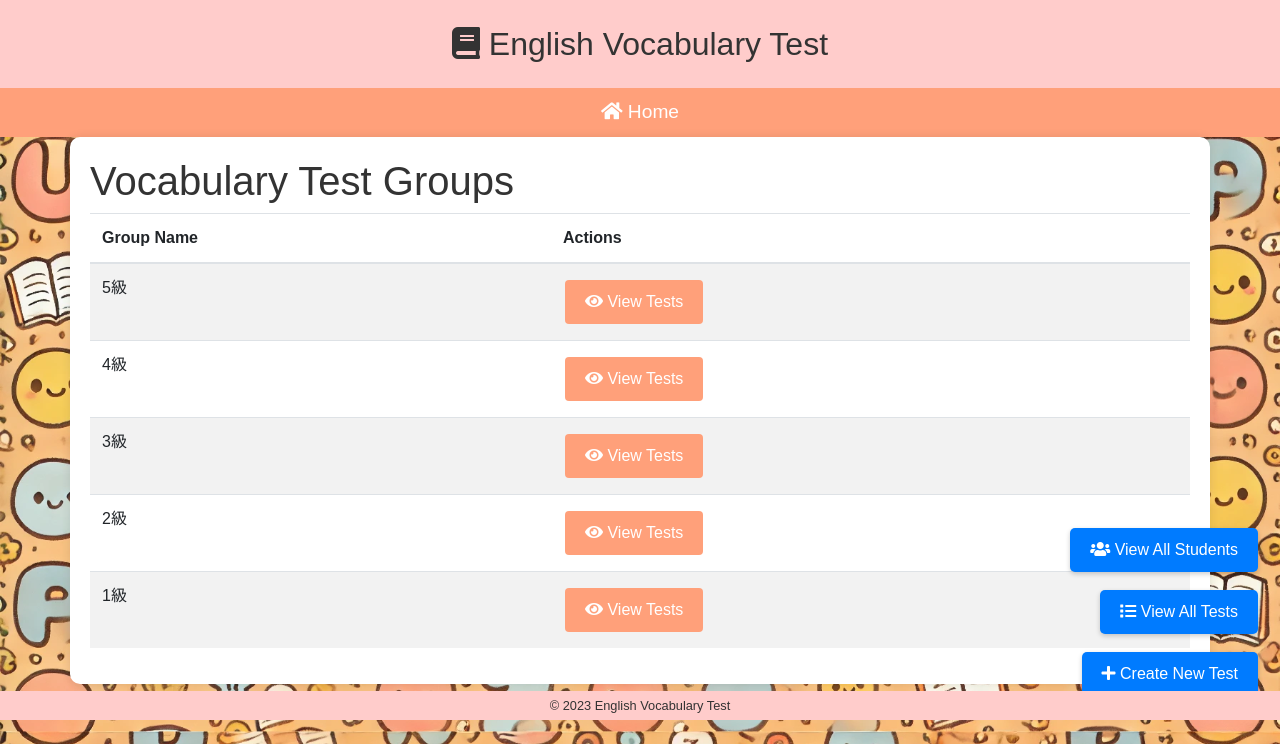
Repository: YamatoGH/testapp
Page: http://localhost/
These files come from the project's save history. The page is drawn as it stood at one moment and after the next save; the edit follows.
The browser window is 1280 px wide. The pictures show the whole page.
Backgrounds fixed to the window are drawn as part of the page. The page is served by the project's application, run on Django 5.2 (manage.py). Other server files are loaded and not shown. The page reads the database file committed with the project.

Above is the page before, as saved 2024-07-21 11:37:27.

### testapp/templates/testapp/home.html
{% extends "testapp/base.html" %}

{% block title %}Home{% endblock %}

{% block content %}
<h1>Vocabulary Test Groups</h1>
<table class="table table-striped table-hover">
    <thead>
        <tr>
            <th>Group Name</th>
            <th>Actions</th>
        </tr>
    </thead>
    <tbody>
        {% for group in groups %}
        <tr>
            <td>{{ group.name }}</td>
            <td><a href="{% url 'group_tests' group.id %}" class="btn btn-custom"><i class="fas fa-eye"></i> View Tests</a></td>
        </tr>
        {% endfor %}
    </tbody>
</table>

<div class="fixed-buttons">
    <a href="{% url 'student_list' %}" class="btn btn-custom view-all-students-button"><i class="fas fa-users"></i> View All Students</a>
    <a href="{% url 'all_tests' %}" class="btn btn-custom all-tests-button"><i class="fas fa-list"></i> View All Tests</a>
    <a href="{% url 'create_test' %}" class="btn btn-custom create-test-button"><i class="fas fa-plus"></i> Create New Test</a>
</div>

{% endblock %}

### testapp/templates/testapp/base.html
<!DOCTYPE html>
<html>
<head>
    {% load static %}
    <title>{% block title %}English Vocabulary Test{% endblock %}</title>
    <link rel="stylesheet" href="https://stackpath.bootstrapcdn.com/bootstrap/4.3.1/css/bootstrap.min.css">
    <link rel="stylesheet" href="https://cdnjs.cloudflare.com/ajax/libs/font-awesome/5.15.3/css/all.min.css">
    <link rel="stylesheet" type="text/css" href="{% static 'testapp/css/style.css' %}">
</head>
<body>
    <header>
        <i class="fas fa-book"></i> English Vocabulary Test
    </header>
    <nav>
        <a href="{% url 'home' %}"><i class="fas fa-home"></i> Home</a>
    </nav>
    <div class="container">
        {% block content %}{% endblock %}
    </div>
    <footer>
        &copy; 2023 English Vocabulary Test
    </footer>
</body>
<script>
    document.addEventListener("DOMContentLoaded", function() {
        var coll = document.getElementsByClassName("collapsible");
        for (var i = 0; i < coll.length; i++) {
            coll[i].addEventListener("click", function() {
                this.classList.toggle("active");
                var content = this.nextElementSibling;
                if (content.style.display === "block") {
                    content.style.display = "none";
                } else {
                    content.style.display = "block";
                }
            });
        }
    });
</script>
</html>

### testapp/models.py
from django.db import models

class Group(models.Model):
    name = models.CharField(max_length=100)

    def __str__(self):
        return self.name

class Test(models.Model):
    title = models.CharField(max_length=100)
    description = models.TextField(null=True, blank=True)
    words = models.ManyToManyField('Word', blank=True)
    group = models.ForeignKey(Group, on_delete=models.CASCADE, related_name='tests', null=True, blank=True)

    def __str__(self):
        return self.title

class Word(models.Model):
    word = models.CharField(max_length=100)
    meaning = models.CharField(max_length=255)

    def __str__(self):
        return self.word

class Student(models.Model):
    name = models.CharField(max_length=100)

    def __str__(self):
        return f"{self.name} "

### testapp/views.py
import csv
import pandas as pd
from django.shortcuts import render, redirect, get_object_or_404
from django.forms import formset_factory
from .forms import TestForm, WordForm
from .models import Word, Test, Group, Student
import random

def create_test(request):
    WordFormSet = formset_factory(WordForm, extra=1)
    if request.method == 'POST':
        form = TestForm(request.POST, request.FILES)
        formset = WordFormSet(request.POST, prefix='words')
        if form.is_valid() and formset.is_valid():
            test = form.save(commit=False)
            test.save()
            for word_form in formset:
                word = word_form.cleaned_data.get('word')
                meaning = word_form.cleaned_data.get('meaning')
                if word and meaning:
                    word_obj, created = Word.objects.get_or_create(word=word, meaning=meaning)
                    test.words.add(word_obj)
            if 'file' in request.FILES:
                file = request.FILES['file']
                if file.name.endswith('.csv'):
                    reader = csv.reader(file.read().decode('utf-8').splitlines())
                    for row in reader:
                        if len(row) == 2:
                            word, meaning = row
                            word_obj, created = Word.objects.get_or_create(word=word.strip(), meaning=meaning.strip())
                            test.words.add(word_obj)
                elif file.name.endswith('.xlsx'):
                    df = pd.read_excel(file)
                    for _, row in df.iterrows():
                        if len(row) >= 2:
                            word, meaning = row[0], row[1]
                            word_obj, created = Word.objects.get_or_create(word=word.strip(), meaning=meaning.strip())
                            test.words.add(word_obj)
            return redirect('home')
    else:
        form = TestForm()
        formset = WordFormSet(prefix='words')
    return render(request, 'testapp/create_test.html', {'form': form, 'formset': formset})

def all_tests(request):
    tests = Test.objects.all()
    return render(request, 'testapp/all_tests.html', {'tests': tests})

def group_tests(request, group_id):
    group = get_object_or_404(Group, id=group_id)
    tests = group.tests.all()  # 'tests' は 'related_name' に基づく
    return render(request, 'testapp/group_tests.html', {'group': group, 'tests': tests})

def home(request):
    groups = Group.objects.all()
    return render(request, 'testapp/home.html', {'groups': groups})

def test_detail(request, test_id):
    test = get_object_or_404(Test, id=test_id)
    words = test.words.all()
    return render(request, 'testapp/test_detail.html', {'test': test, 'words': words})

def print_test(request, test_id, start_index, end_index, shuffle):
    test = get_object_or_404(Test, id=test_id)
    words = list(test.words.all())
    if shuffle == 'yes':
        random.shuffle(words)
    words = words[start_index:end_index]
    return render(request, 'testapp/print_test.html', {'test': test, 'words': words})

def print_test_with_answers(request, test_id, start_index, end_index, shuffle):
    test = get_object_or_404(Test, id=test_id)
    words = list(test.words.all())
    if shuffle == 'yes':
        random.shuffle(words)
    words = words[start_index:end_index]
    return render(request, 'testapp/print_test_with_answers.html', {'test': test, 'words': words})

def student_list(request):
    students = Student.objects.all()
    return render(request, 'testapp/student_list.html', {'students': students})

### vocab_test/urls.py
"""
URL configuration for vocab_test project.

The `urlpatterns` list routes URLs to views. For more information please see:
    https://docs.djangoproject.com/en/5.0/topics/http/urls/
Examples:
Function views
    1. Add an import:  from my_app import views
    2. Add a URL to urlpatterns:  path('', views.home, name='home')
Class-based views
    1. Add an import:  from other_app.views import Home
    2. Add a URL to urlpatterns:  path('', Home.as_view(), name='home')
Including another URLconf
    1. Import the include() function: from django.urls import include, path
    2. Add a URL to urlpatterns:  path('blog/', include('blog.urls'))
"""
from django.contrib import admin
from django.urls import include, path

urlpatterns = [
    path('admin/', admin.site.urls),
    path('', include('testapp.urls')),
]

### testapp/urls.py
from django.conf import settings
from django.conf.urls.static import static
from django.urls import path
from . import views

urlpatterns = [
    path('', views.home, name='home'),
    path('test/<int:test_id>/', views.test_detail, name='test_detail'),
    path('print-test/<int:test_id>/<int:start_index>/<int:end_index>/<str:shuffle>/', views.print_test, name='print_test'),
    path('print-test-with-answers/<int:test_id>/<int:start_index>/<int:end_index>/<str:shuffle>/', views.print_test_with_answers, name='print_test_with_answers'),
    path('create-test/', views.create_test, name='create_test'),
    path('group-tests/<int:group_id>/', views.group_tests, name='group_tests'),
    path('all-tests/', views.all_tests, name='all_tests'),
    path('students/', views.student_list, name='student_list'),
]

if settings.DEBUG:
    urlpatterns += static(settings.STATIC_URL, document_root=settings.STATIC_ROOT)

### testapp/static/testapp/css/style.css
body {
    font-family: 'Comic Sans MS', cursive, sans-serif;
    background-color: #f0f8ff;
    color: #333;
    margin: 0;
    padding: 0;
    background-image: url('/static/testapp/images/background.jpg'); /* ここに背景画像のURLを入力 */
    background-size: cover;
    background-repeat: no-repeat;
    background-attachment: fixed; /* 背景画像を固定 */
    display: flex;
    flex-direction: column;
    min-height: 100vh;
}

header {
    background-color: #ffcccb;
    padding: 20px;
    text-align: center;
    font-size: 2em;
    color: #333;
}

nav {
    background-color: #ffa07a;
    padding: 10px;
    text-align: center;
}

nav a {
    margin: 0 15px;
    color: #fff;
    text-decoration: none;
    font-size: 1.2em;
}

nav a:hover {
    text-decoration: underline;
}

.container {
    flex: 1;  /* Main content will take all available space */
    padding: 20px;
    background-color: rgba(255, 255, 255, 1.0);
    border-radius: 10px;
    box-shadow: 0 0 10px rgba(0, 0, 0, 0.1);
    margin-bottom: 60px;  /* Add some space at the bottom to avoid overlap with the footer */
}

footer {
    background-color: #ffcccb;
    padding: 5px;  /* Adjusted padding */
    text-align: center;
    font-size: 0.8em;  /* Adjusted font size */
    position: fixed;
    width: 100%;
    bottom: 0;
}

.btn-custom {
    background-color: #ffa07a;
    border: none;
    color: white;
    padding: 10px 20px;
    text-align: center;
    text-decoration: none;
    display: inline-block;
    font-size: 16px;
    margin: 4px 2px;
    transition-duration: 0.4s;
    cursor: pointer;
}

.btn-custom:hover {
    background-color: white;
    color: black;
    border: 2px solid #ffa07a;
}

.collapsible {
    cursor: pointer;
    padding: 10px;
    width: 100%;
    border: none;
    text-align: center;
    outline: none;
    font-size: 1em;
}

.active, .collapsible:hover {
    background-color: #ddd;
}

.collapsible-content {
    display: none;
    overflow: hidden;
    padding: 0 10px;
}

.fixed-buttons {
    position: fixed;
    bottom: 20px;
    right: 20px;
    display: flex;
    flex-direction: column;
    gap: 10px;
    align-items: flex-end;
}

.fixed-buttons .btn-custom {
    background-color: #007bff;
    color: white;
    padding: 10px 20px;
    border-radius: 5px;
    text-decoration: none;
    box-shadow: 0 2px 5px rgba(0,0,0,0.2);
    transition: background-color 0.3s ease;
    z-index: 1000;  /* Ensure buttons are above other content */
}

.fixed-buttons .btn-custom:hover {
    background-color: #0056b3;
}

### db.sqlite3 (the tables this page reads, as SQL)
CREATE TABLE "testapp_group" ("id" integer NOT NULL PRIMARY KEY AUTOINCREMENT, "name" varchar(100) NOT NULL);
INSERT INTO "testapp_group" VALUES
(3, '5級'),
(5, '4級'),
(6, '3級'),
(7, '2級'),
(8, '1級');

After the next save:
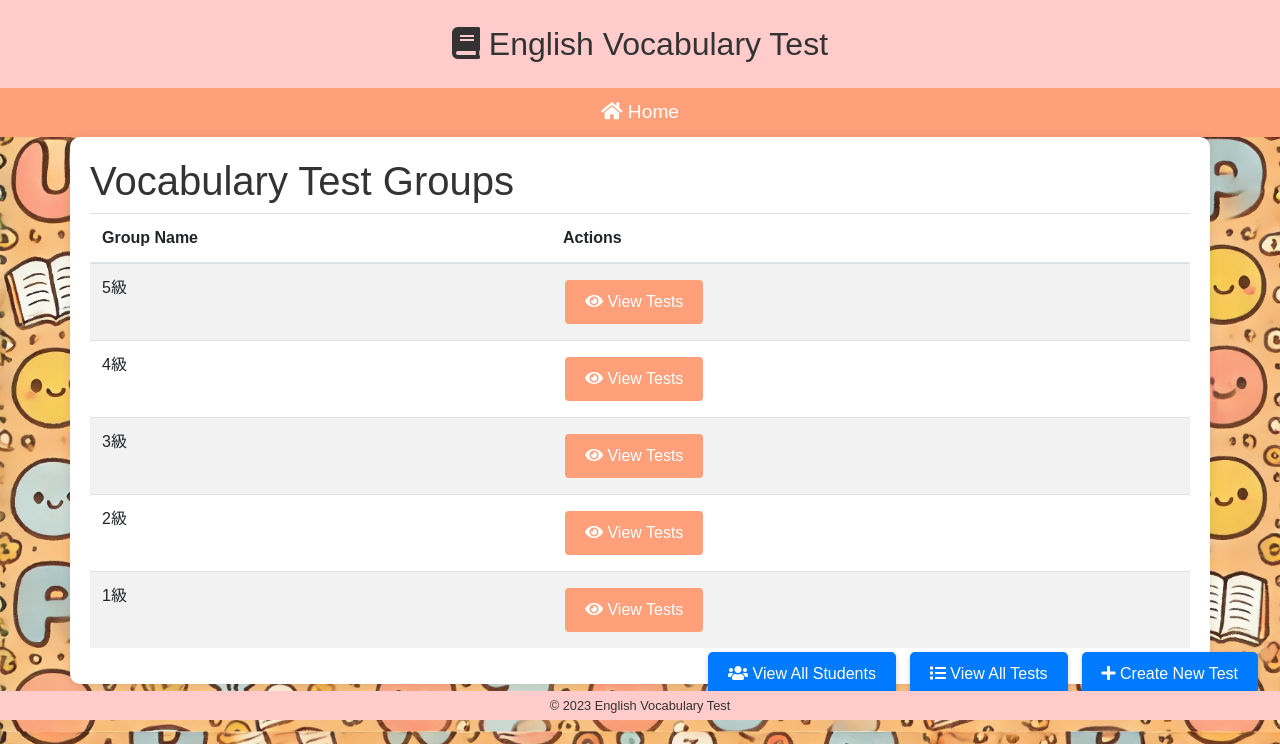
Saved 2 min 26 s later.
--- a/testapp/static/testapp/css/style.css
+++ b/testapp/static/testapp/css/style.css
@@ -102,9 +102,9 @@ footer {
     bottom: 20px;
     right: 20px;
     display: flex;
-    flex-direction: column;
+    flex-direction: row;  /* 水平方向に配置 */
     gap: 10px;
-    align-items: flex-end;
+    align-items: center;
 }
 
 .fixed-buttons .btn-custom {
@@ -115,7 +115,7 @@ footer {
     text-decoration: none;
     box-shadow: 0 2px 5px rgba(0,0,0,0.2);
     transition: background-color 0.3s ease;
-    z-index: 1000;  /* Ensure buttons are above other content */
+    z-index: 1000;  /* ボタンが他のコンテンツの上に表示されるように */
 }
 
 .fixed-buttons .btn-custom:hover {
